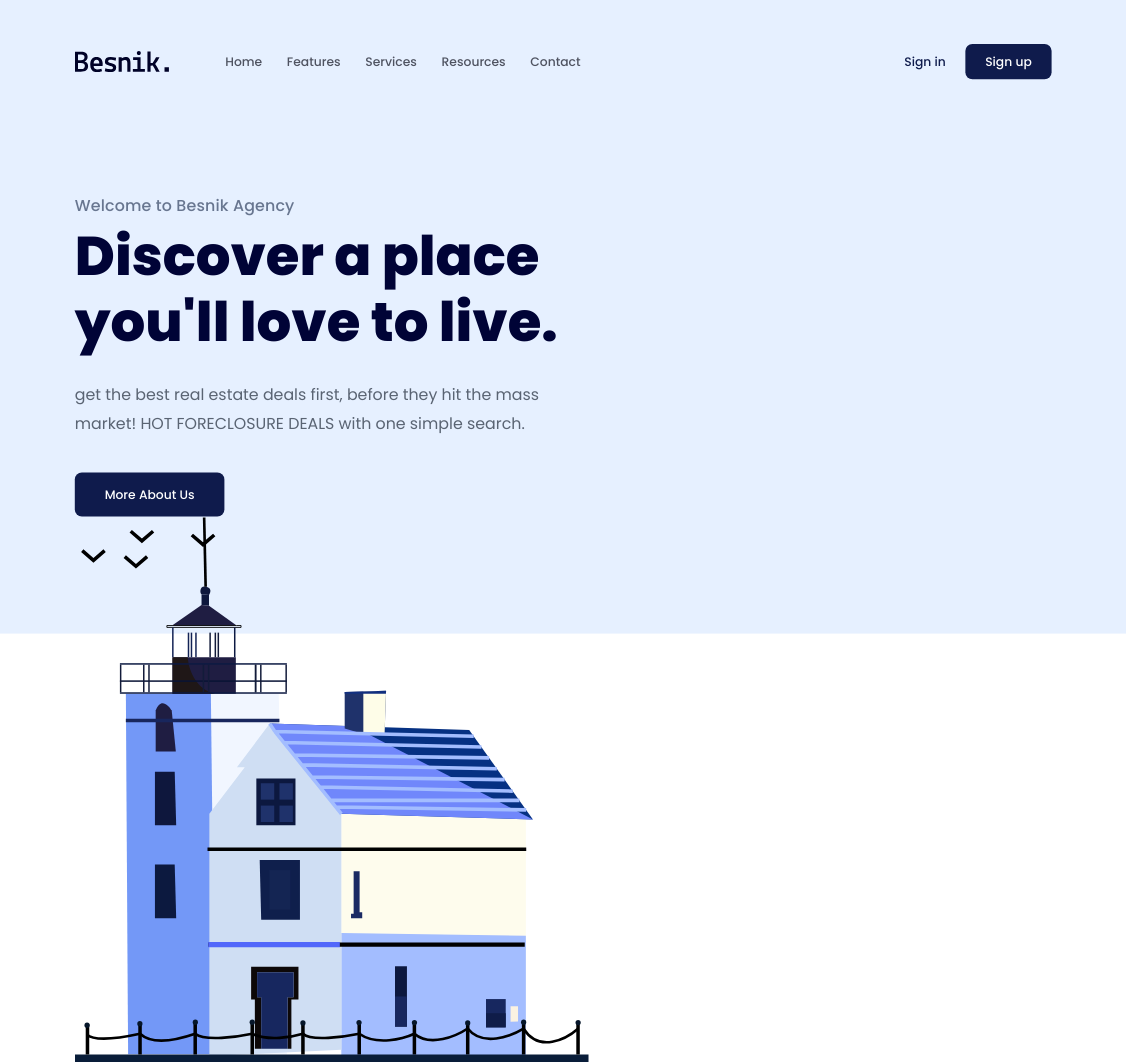
Repository: trungnguyen131/froject-01
Page: index.html
The author's editor kept a copy of each file at every save. The page is drawn from the files as they stood at one save, then again after a run of saves.
The browser window is 1280 px wide. The page is 1280 px wide, then 1295 px, so the pictures cover 1295 px, including what lies to the right of the window. The pictures show the whole page, at 88% of full size.

Above is the page before, as saved 2024-02-26 00:15:40.

### index.html
<!DOCTYPE html>
<html lang="en">
<head>
    <meta charset="UTF-8">
    <meta name="viewport" content="width=device-width, initial-scale=1.0">
    <title>Project 01</title>
    <link rel="stylesheet" href="./assets/css/reset.css">
    <link rel="stylesheet" href="./assets/fonts/stylesheet.css">
    <link rel="stylesheet" href="./assets/css/style.css">
</head>
<body>
    <main>
        <!-- Header -->
        <header class="header">
            <div class="content">
                <nav class="navbar">
                    <!-- Logo -->
                    <img src="./assets/img/logo.svg" alt="Besnik.">
                    <!-- Navigation -->
                    <ul>
                        <li><a href="#!">Home</a></li>
                        <li><a href="#!">Features</a></li>
                        <li><a href="#!">Services</a></li>
                        <li><a href="#!">Resources</a></li>
                        <li><a href="#!">Contact</a></li>
                    </ul>
                    <!-- Action -->
                    <div class="actions">
                        <a href="#!" class="action-link">Sign in</a>
                        <a href="#!" class="btn action-btn">Sign up</a>
                    </div>
                </nav>
                <div class="hero">
                    <div class="info">
                        <p class="sub-title">Welcome to Besnik Agency</p>
                        <h1 class="title">Discover a place
                            you'll love to live.</h1>
                        <p class="desc">get the best real estate deals first,
                            before they hit the mass market! HOT FORECLOSURE DEALS with one simple search.</p>
                        <a href="#!" class="btn hero-cta">More About Us</a>
                    </div>
                    <img src="./assets/img/hero-img.svg" alt="Discover a place
                    you'll love to live." class="hero-img">
                </div>
            </div>
        </header>
    </main>
</body>
</html>

### assets/fonts/stylesheet.css
/* ========================= Poppins =========================  */
@font-face {
    font-family: 'Poppins';
    src: url('Poppins/Poppins-SemiBold.woff2') format('woff2'),
        url('Poppins/Poppins-SemiBold.woff') format('woff');
    font-weight: 600;
    font-style: normal;
    font-display: swap;
}

@font-face {
    font-family: 'Poppins';
    src: url('Poppins/Poppins-Regular.woff2') format('woff2'),
        url('Poppins/Poppins-Regular.woff') format('woff');
    font-weight: normal;
    font-style: normal;
    font-display: swap;
}

@font-face {
    font-family: 'Poppins';
    src: url('Poppins/Poppins-MediumItalic.woff2') format('woff2'),
        url('Poppins/Poppins-MediumItalic.woff') format('woff');
    font-weight: 500;
    font-style: italic;
    font-display: swap;
}

@font-face {
    font-family: 'Poppins';
    src: url('Poppins/Poppins-Thin.woff2') format('woff2'),
        url('Poppins/Poppins-Thin.woff') format('woff');
    font-weight: 100;
    font-style: normal;
    font-display: swap;
}

@font-face {
    font-family: 'Poppins';
    src: url('Poppins/Poppins-ThinItalic.woff2') format('woff2'),
        url('Poppins/Poppins-ThinItalic.woff') format('woff');
    font-weight: 100;
    font-style: italic;
    font-display: swap;
}

@font-face {
    font-family: 'Poppins';
    src: url('Poppins/Poppins-Black.woff2') format('woff2'),
        url('Poppins/Poppins-Black.woff') format('woff');
    font-weight: 900;
    font-style: normal;
    font-display: swap;
}

@font-face {
    font-family: 'Poppins';
    src: url('Poppins/Poppins-Bold.woff2') format('woff2'),
        url('Poppins/Poppins-Bold.woff') format('woff');
    font-weight: bold;
    font-style: normal;
    font-display: swap;
}

@font-face {
    font-family: 'Poppins';
    src: url('Poppins/Poppins-SemiBoldItalic.woff2') format('woff2'),
        url('Poppins/Poppins-SemiBoldItalic.woff') format('woff');
    font-weight: 600;
    font-style: italic;
    font-display: swap;
}

@font-face {
    font-family: 'Poppins';
    src: url('Poppins/Poppins-BlackItalic.woff2') format('woff2'),
        url('Poppins/Poppins-BlackItalic.woff') format('woff');
    font-weight: 900;
    font-style: italic;
    font-display: swap;
}

@font-face {
    font-family: 'Poppins';
    src: url('Poppins/Poppins-ExtraBoldItalic.woff2') format('woff2'),
        url('Poppins/Poppins-ExtraBoldItalic.woff') format('woff');
    font-weight: bold;
    font-style: italic;
    font-display: swap;
}

@font-face {
    font-family: 'Poppins';
    src: url('Poppins/Poppins-ExtraBold.woff2') format('woff2'),
        url('Poppins/Poppins-ExtraBold.woff') format('woff');
    font-weight: bold;
    font-style: normal;
    font-display: swap;
}

@font-face {
    font-family: 'Poppins';
    src: url('Poppins/Poppins-ExtraLightItalic.woff2') format('woff2'),
        url('Poppins/Poppins-ExtraLightItalic.woff') format('woff');
    font-weight: 200;
    font-style: italic;
    font-display: swap;
}

@font-face {
    font-family: 'Poppins';
    src: url('Poppins/Poppins-ExtraLight.woff2') format('woff2'),
        url('Poppins/Poppins-ExtraLight.woff') format('woff');
    font-weight: 200;
    font-style: normal;
    font-display: swap;
}

@font-face {
    font-family: 'Poppins';
    src: url('Poppins/Poppins-BoldItalic.woff2') format('woff2'),
        url('Poppins/Poppins-BoldItalic.woff') format('woff');
    font-weight: bold;
    font-style: italic;
    font-display: swap;
}

@font-face {
    font-family: 'Poppins';
    src: url('Poppins/Poppins-Italic.woff2') format('woff2'),
        url('Poppins/Poppins-Italic.woff') format('woff');
    font-weight: normal;
    font-style: italic;
    font-display: swap;
}

@font-face {
    font-family: 'Poppins';
    src: url('Poppins/Poppins-Medium.woff2') format('woff2'),
        url('Poppins/Poppins-Medium.woff') format('woff');
    font-weight: 500;
    font-style: normal;
    font-display: swap;
}

@font-face {
    font-family: 'Poppins';
    src: url('Poppins/Poppins-LightItalic.woff2') format('woff2'),
        url('Poppins/Poppins-LightItalic.woff') format('woff');
    font-weight: 300;
    font-style: italic;
    font-display: swap;
}

@font-face {
    font-family: 'Poppins';
    src: url('Poppins/Poppins-Light.woff2') format('woff2'),
        url('Poppins/Poppins-Light.woff') format('woff');
    font-weight: 300;
    font-style: normal;
    font-display: swap;
}

### assets/css/style.css
* {
    box-sizing: border-box;
}

:root {
    --primary-color: #0f1b4c;
}

html {
    font-size: 62.5%;;
}

body {
    font-size: 1.6rem;
    font-family: 'Poppins', sans-serif;
}

/* Common */
a {
    text-decoration: none;
}
.content {
    width: 1110px;
    max-width: calc(100% - 48px);
    margin-left: auto;
    margin-right:auto;
}
.btn {
    min-width: 98px;
    background-color: var(--primary-color);
    border-radius: 8px;
    color: #FFF;
    text-align: center;
    font-size: 1.4rem;
    font-weight: 500;
    display: inline-block;
    padding: 18px 16px;
}
/* Header */
.header {
    position: relative;
    height: 100vh;
    background: #E6F0FF;
}

.navbar {
    display: flex;
    align-items: center;
    padding-top: 50px;
}

.navbar ul {
    display: flex;
    margin-left: 50px;
}

.navbar .actions {
    margin-left: auto;
}

.navbar ul a {
    font-size: 1.4rem;
    font-weight: 500;
    color: #4F5361;
    padding: 8px 14px;
}

.navbar .action-link {
    font-size: 1.4rem;
    font-weight: 500;
    color: var(--primary-color);
}

.navbar .action-btn {
    padding: 13px 16px;
    margin-left: 18px;
}

.hero {
    margin-top: 130px;
}

.hero .info {
    width: 51%;
}

.hero .sub-title {
    font-weight: 500;
    font-size: 1.8rem;
    line-height: 1.5;
    letter-spacing: 0.01em;
    color: #687690;
}

.hero .title {
    margin-top: 8px;
    font-weight: 700;
    font-size: 6.2rem;
    line-height: 1.19; /* 118.75% */
    color: #000336;
}

.hero .desc {
    margin-top: 30px;
    color: #5A6473;
    font-size: 1.8rem;
    font-weight: 400;
    line-height: 1.78;
}

.hero-cta {
    margin-top: 40px;
    min-width: 170px;
}

.hero-img {
    position: absolute;
    right: calc(calc(100vw - 1110 / 2);
    bottom: 0;
}

Loaded but not shown: assets/css/reset.css (common file)

After the next 6 saves:
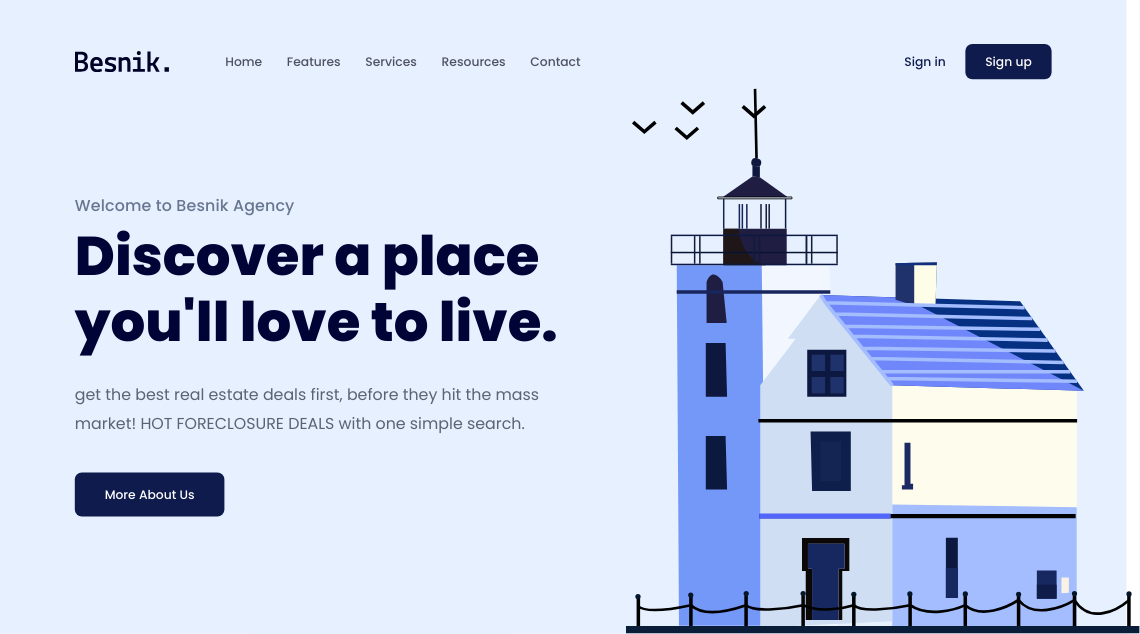
The 6 saves are shown as one change because they came seconds apart.
The last was saved 14 s later.
--- a/assets/css/style.css
+++ b/assets/css/style.css
@@ -115,6 +115,6 @@ a {
 
 .hero-img {
     position: absolute;
-    right: calc(calc(100vw - 1110 / 2);
+    right: calc((100vw - 1110px) / 2 - 100px);
     bottom: 0;
 }
